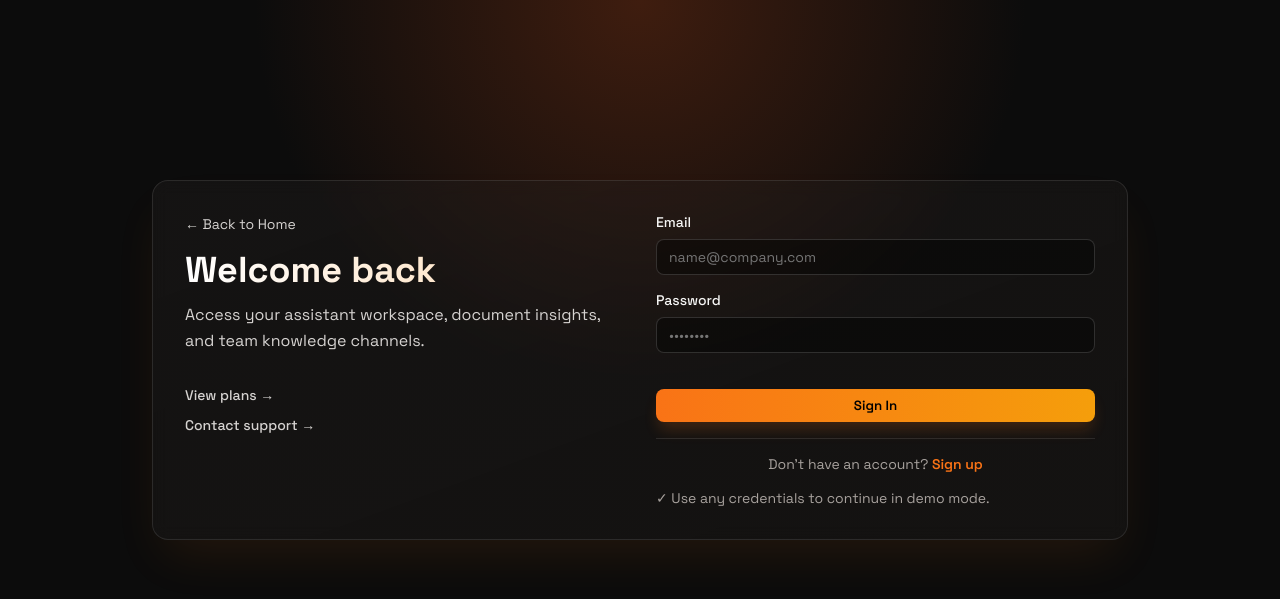
Repository: 4hmedshanu/RAG_Project_collage
Page: http://localhost/loginpage
These files come from the project's save history. The page is drawn as it stood at one moment and after the next save; the edit follows.
The browser window is 1280 px wide. The pictures show the whole page.
The page is this project's Thymeleaf template; nobody is signed in. The template is opened directly, without the code that normally fills it, so the values that code supplies are empty.

Above is the page before, as saved 2026-06-01 22:02:18.

### frontenddoc/src/main/resources/templates/loginpage.html
<!DOCTYPE html>
<html lang="en">
<head>
  <meta charset="UTF-8" />
  <meta name="viewport" content="width=device-width, initial-scale=1.0" />
  <title>DocuMindAI | Login</title>
  <link rel="preconnect" href="https://fonts.googleapis.com">
  <link rel="preconnect" href="https://fonts.gstatic.com" crossorigin>
  <link href="https://fonts.googleapis.com/css2?family=Space+Grotesk:wght@400;500;600;700&display=swap" rel="stylesheet">
  <link rel="stylesheet" href="css/loginpage.css" />
  <script src="js/loginpage.js" defer></script>
</head>
<body>
  <main class="main-container">
    <section class="login-card">
      <div class="login-info">
        <a href="/" class="link-back">← Back to Home</a>
        <h1 class="gradient-heading">Welcome back</h1>
        <p class="description">Access your assistant workspace, document insights, and team knowledge channels.</p>
        <div class="links-group">
          <p><a href="/pricinglagacy" class="link-hover">View plans →</a></p>
          <p><a href="/support" class="link-hover">Contact support →</a></p>
        </div>
      </div>
      <!-- onsubmit="loginDemo(event)" class="login-form" -->
      <form action="/login" method="post">
        <label for="email" class="form-label">Email</label>
        <input id="email" name="email" type="email" class="form-input" placeholder="name@company.com" />

        <label for="password" class="form-label">Password</label>
        <input id="password" name="password"  type="password" class="form-input" placeholder="••••••••" />

        <button type="submit" class="btn-primary">Sign In</button>


        <p class="signup-text">
          Don't have an account? <a href="/signup" class="link-brand">Sign up</a>
        </p>
        <p id="note" class="note-text">✓ Use any credentials to continue in demo mode.</p>
      </form>
    </section>
  </main>
</body>
</html>

### frontenddoc/src/main/resources/static/css/loginpage.css
:root {
  --brand: #f97316;
  --brand-light: #fdba74;
  --bg-dark: #0c0c0c;
  --stone-100: #f5f5f4;
  --stone-300: #d6d3d1;
  --stone-400: #a8a29e;
  --white-10: rgba(255, 255, 255, 0.1);
  --white-15: rgba(255, 255, 255, 0.15);
}

* {
  box-sizing: border-box;
  margin: 0;
  padding: 0;
}

html, body {
  height: 100%;
}

body {
  font-family: 'Space Grotesk', sans-serif;
  color: var(--stone-100);
  background: radial-gradient(circle at top, #3f1d0f, transparent 40%), var(--bg-dark);
  background-attachment: fixed;
}

.main-container {
  margin: 0 auto;
  display: flex;
  min-height: 100%;
  max-width: 64rem; /* 1024px max-w-5xl */
  align-items: center;
  padding: 4rem 1.5rem; /* py-16 px-6 */
}

.login-card {
  width: 100%;
  display: grid;
  gap: 2rem;
  border-radius: 1rem;
  border: 1px solid var(--white-10);
  background: linear-gradient(to bottom right, rgba(41, 37, 36, 0.3), rgba(28, 25, 23, 0.5));
  padding: 2rem;
  box-shadow: 0 25px 50px -12px rgba(249, 115, 22, 0.1);
  backdrop-filter: blur(8px);
}

@media (min-width: 768px) {
  .login-card {
    grid-template-columns: repeat(2, 1fr);
  }
}

.link-back {
  font-size: 0.875rem;
  color: var(--stone-300);
  text-decoration: none;
  transition: color 0.2s;
}

.link-back:hover {
  color: var(--brand);
}

.gradient-heading {
  margin-top: 1rem;
  font-size: 2.25rem;
  line-height: 2.5rem;
  font-weight: 700;
  background: linear-gradient(to right, #ffffff, #fed7aa);
  -webkit-background-clip: text;
  -webkit-text-fill-color: transparent;
}

.description {
  margin-top: 0.75rem;
  line-height: 1.625;
  color: var(--stone-300);
}

.links-group {
  margin-top: 2rem;
  font-size: 0.875rem;
  color: var(--stone-300);
  display: flex;
  flex-direction: column;
  gap: 0.75rem;
}

.link-hover {
  font-weight: 500;
  text-decoration: none;
  color: inherit;
  transition: color 0.2s;
}

.link-hover:hover {
  color: var(--brand);
}

.login-form {
  border-radius: 0.75rem;
  border: 1px solid var(--white-10);
  background: rgba(41, 37, 36, 0.3);
  padding: 1.5rem;
}

.form-label {
  display: block;
  font-size: 0.875rem;
  font-weight: 500;
  margin-bottom: 0.5rem;
}

.form-input {
  width: 100%;
  border-radius: 0.5rem;
  border: 1px solid var(--white-15);
  background: rgba(0, 0, 0, 0.4);
  padding: 0.5rem 0.75rem;
  font-size: 0.875rem;
  color: inherit;
  outline: none;
  margin-bottom: 1rem;
  transition: border-color 0.2s, box-shadow 0.2s;
  font-family: inherit;
}

.form-input:focus {
  border-color: var(--brand);
  box-shadow: 0 10px 15px -3px rgba(249, 115, 22, 0.1);
}

.btn-primary {
  width: 100%;
  margin-top: 1.25rem;
  border-radius: 0.5rem;
  background: linear-gradient(to right, var(--brand), #f59e0b);
  padding: 0.5rem 1rem;
  font-weight: 600;
  color: #000;
  border: none;
  cursor: pointer;
  box-shadow: 0 10px 15px -3px rgba(249, 115, 22, 0.2);
  transition: box-shadow 0.2s;
  font-family: inherit;
}

.btn-primary:hover {
  box-shadow: 0 20px 25px -5px rgba(249, 115, 22, 0.3);
}

.link-demo {
  display: block;
  margin-top: 0.75rem;
  text-align: center;
  font-size: 0.875rem;
  font-weight: 500;
  color: rgba(255, 255, 255, 0.7);
  text-decoration: none;
  transition: color 0.2s;
}

.link-demo:hover {
  color: var(--brand);
}

.signup-text {
  margin-top: 1rem;
  border-top: 1px solid var(--white-10);
  padding-top: 1rem;
  text-align: center;
  font-size: 0.875rem;
  color: var(--stone-400);
}

.link-brand {
  font-weight: 600;
  color: var(--brand);
  text-decoration: none;
  transition: color 0.2s;
}

.link-brand:hover {
  color: var(--brand-light);
}

.note-text {
  margin-top: 1rem;
  font-size: 0.875rem;
  color: var(--stone-400);
}

/* JavaScript Dynamic Classes */
.text-error { color: #f87171; }
.text-success { color: #34d399; }

### frontenddoc/src/main/resources/static/js/loginpage.js
function loginDemo(event) {
  event.preventDefault();

  const email = document.getElementById('email').value.trim();
  const password = document.getElementById('password').value.trim();
  const note = document.getElementById('note');

  // Reset classes to base state
  note.className = 'note-text';

  if (!email || !password) {
    note.textContent = 'Please enter email and password.';
    note.classList.add('text-error');
    return;
  }

  note.textContent = 'Signed in. Redirecting to dashboard...';
  note.classList.add('text-success');

  setTimeout(() => {
    window.location.href = 'dashboard.html';
  }, 500);
}

After the next save:
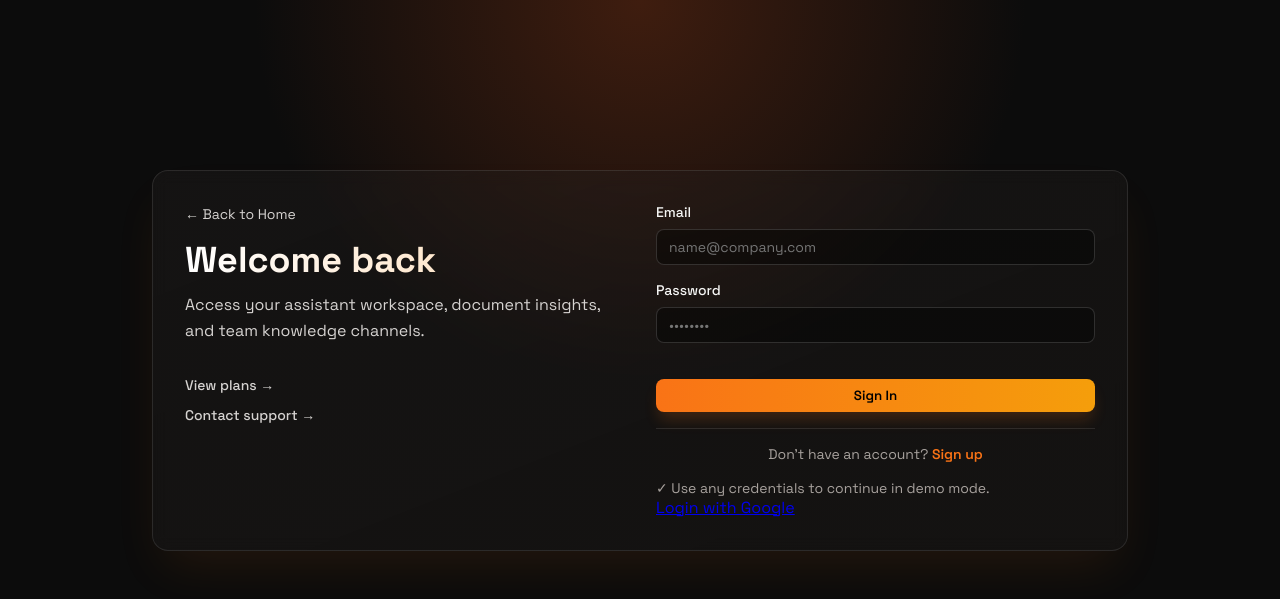
Saved 1 s later.
--- a/frontenddoc/src/main/resources/templates/loginpage.html
+++ b/frontenddoc/src/main/resources/templates/loginpage.html
@@ -35,8 +35,9 @@
 
         <p class="signup-text">
           Don't have an account? <a href="/signup" class="link-brand">Sign up</a>
-        </p>
+
         <p id="note" class="note-text">✓ Use any credentials to continue in demo mode.</p>
+        <a href="/oauth2/authorization/google">Login with Google</a>
       </form>
     </section>
   </main>
